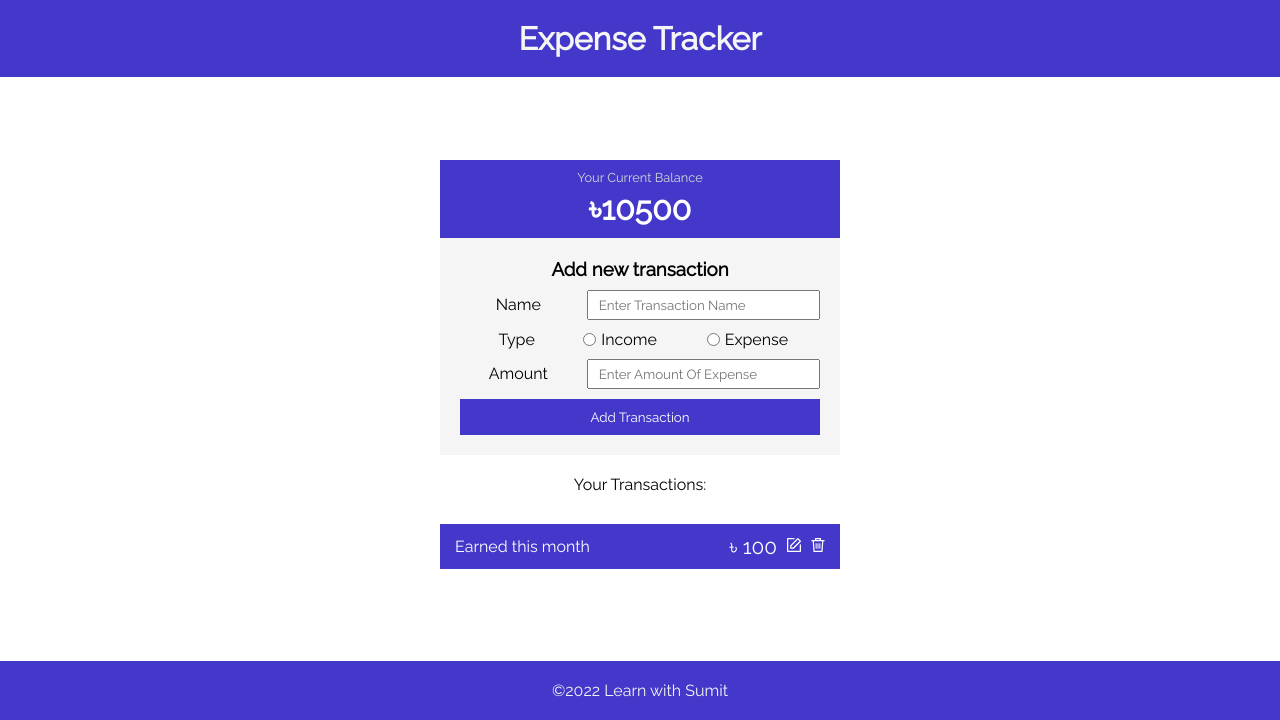
Repository: Tanvir3744/redux-expense-tracker
Page: /
These files come from the project's save history. The page is drawn as it stood at one moment and after the next save; the edit follows.
The browser window is 1280 px wide. The pictures show the whole page.
The project was rebuilt for these pictures with package versions that can differ from the ones it lists, and the page was loaded fresh each time.

Above is the page before, as saved 2022-11-08 21:00:51.

After the next save:
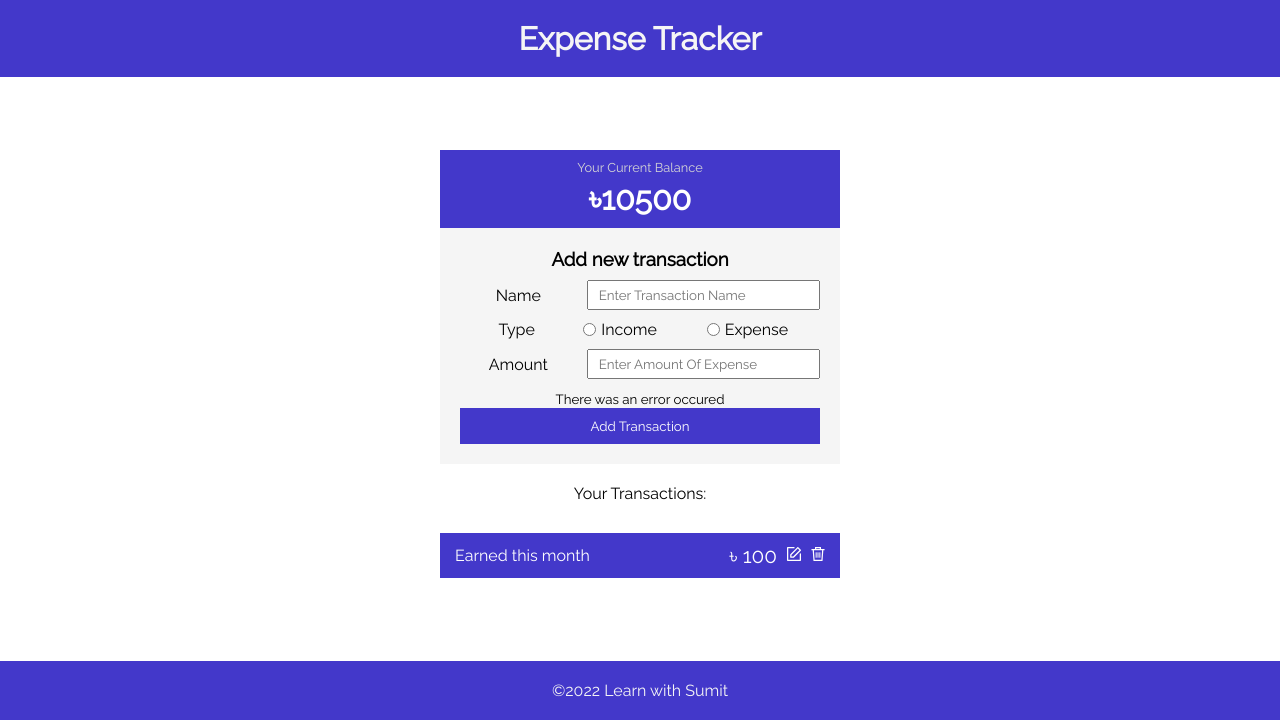
Saved 10 s later.
--- a/src/components/Form.js
+++ b/src/components/Form.js
@@ -79,7 +79,7 @@
                         value={expense}
                     />
                 </div>
-                <small className='erorr'></small>
+                <small className='erorr'>There was an error occured</small>
                 <button disabled={isLoading} type="submit" className="btn">Add Transaction</button>
             </form>
 

After the 2 saves that followed:
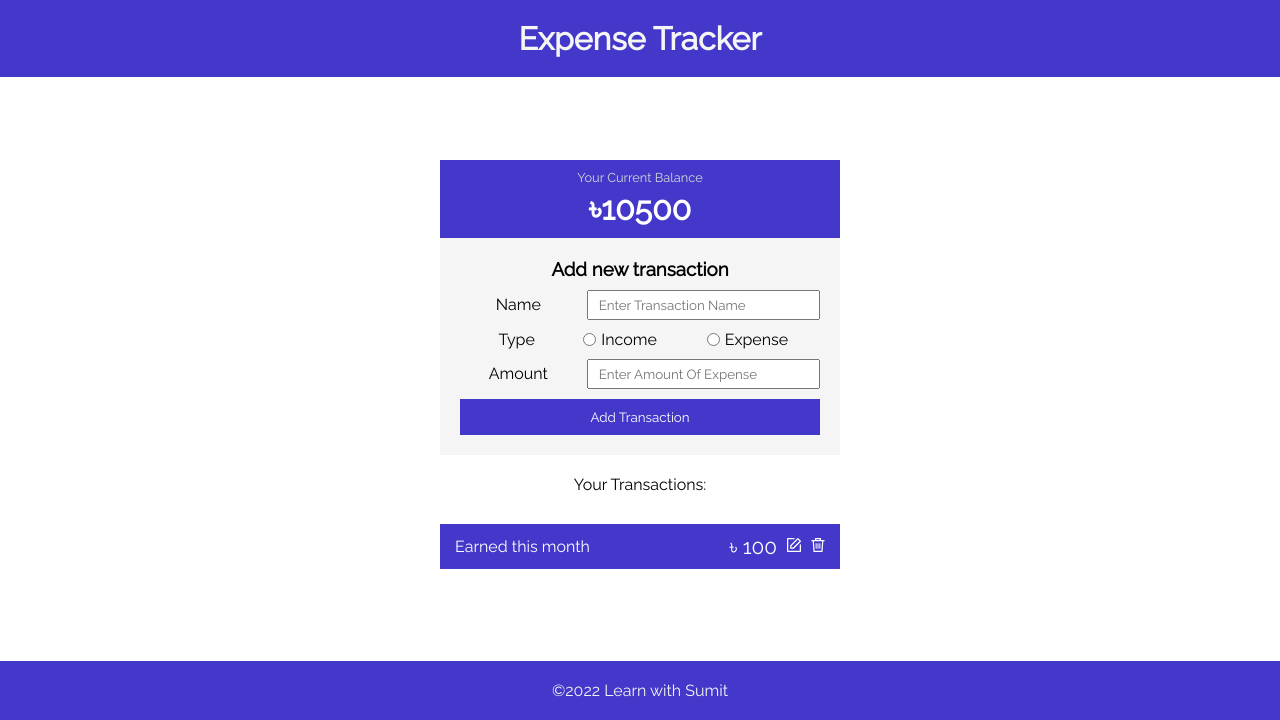
The 2 saves are shown as one change because 1 left the picture as it was.
The last was saved 3 min 19 s later.
--- a/src/components/Form.js
+++ b/src/components/Form.js
@@ -79,7 +79,9 @@
                         value={expense}
                     />
                 </div>
-                <small className='erorr'>There was an error occured</small>
+                {
+                    isLoading && isError && <small  className='erorr'>There was an error occured</small>
+                }
                 <button disabled={isLoading} type="submit" className="btn">Add Transaction</button>
             </form>
 
--- a/public/css/style.css
+++ b/public/css/style.css
@@ -116,6 +116,11 @@ label {
     align-items: center;
 }
 
+.error{
+    color: #9e1028;
+    font-family:monospace;
+}
+
 .income {
     background-color: #4338ca;
 }
